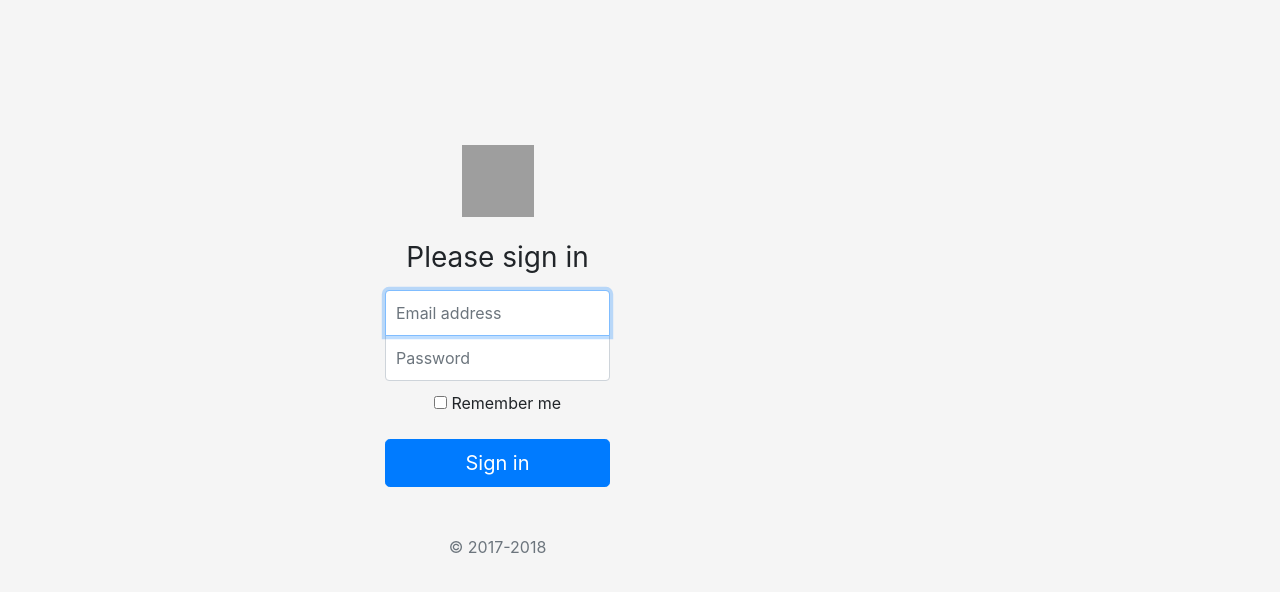
Repository: DonWhelan/Request-Hub
Page: http://localhost/test/test.php
The author's editor kept a record of every edit. The page is drawn from the files as they stood at one moment, then again after the next edit.
The browser window is 1280 px wide. The pictures show the whole page.
Pictures or frames that could not be fetched are drawn as grey boxes. The page is run by PHP 8.4 with error messages shown; the project is at /var/www/html/.

Above is the page before.

### test/test.php

<!doctype html>
<html lang="en">
  <head>
    <meta charset="utf-8">
    <meta name="viewport" content="width=device-width, initial-scale=1, shrink-to-fit=no">
    <meta name="description" content="">
    <meta name="author" content="">


    <title>Signin Template for Bootstrap</title>

    <!-- Bootstrap core CSS -->
    <link href="../style/bootstrap-4.0.0-dist/css/bootstrap.min.css" rel="stylesheet">

    <!-- Custom styles for this template -->
    <link href="signin.css" rel="stylesheet">
  </head>

  <body class="text-center">

        <div class="container">
            <div class="row" >
                <div class="col-sm-3" >
                        </div>
              <div class="col-sm-3" >
                                              <form class="form-signin">
                                              <img class="mb-4" src="https://getbootstrap.com/assets/brand/bootstrap-solid.svg" alt="" width="72" height="72">
                                              <h1 class="h3 mb-3 font-weight-normal">Please sign in</h1>
                                              <label for="inputEmail" class="sr-only">Email address</label>
                                              <input type="email" id="inputEmail" class="form-control" placeholder="Email address" required autofocus>
                                              <label for="inputPassword" class="sr-only">Password</label>
                                              <input type="password" id="inputPassword" class="form-control" placeholder="Password" required>
                                              <div class="checkbox mb-3">
                                                <label>
                                                  <input type="checkbox" value="remember-me"> Remember me
                                                </label>
                                              </div>
                                              <button class="btn btn-lg btn-primary btn-block" type="submit">Sign in</button>
                                              <p class="mt-5 mb-3 text-muted">&copy; 2017-2018</p>
                                            </form>


    </div>
    </div>
    </div>


  </body>
</html>

### assets/css/signIn.css
html,
body {
  height: 100%;
}

body {
  display: -ms-flexbox;
  display: -webkit-box;
  display: flex;
  -ms-flex-align: center;
  -ms-flex-pack: center;
  -webkit-box-align: center;
  align-items: center;
  -webkit-box-pack: center;
  justify-content: center;
  padding-top: 40px;
  padding-bottom: 40px;
  background-color: #f5f5f5;
}

.form-signin {
  width: 100%;
  max-width: 330px;
  padding: 15px;
  margin: 0 auto;
}
.form-signin .checkbox {
  font-weight: 400;
}
.form-signin .form-control {
  position: relative;
  box-sizing: border-box;
  height: auto;
  padding: 10px;
  font-size: 16px;
}
.form-signin .form-control:focus {
  z-index: 2;
}
.form-signin input[type="email"] {
  margin-bottom: -1px;
  border-bottom-right-radius: 0;
  border-bottom-left-radius: 0;
}
.form-signin input[type="password"] {
  margin-bottom: 10px;
  border-top-left-radius: 0;
  border-top-right-radius: 0;
}

Loaded but not shown: style/bootstrap-4.0.0-dist/css/bootstrap.min.css (library)

After the next edit:
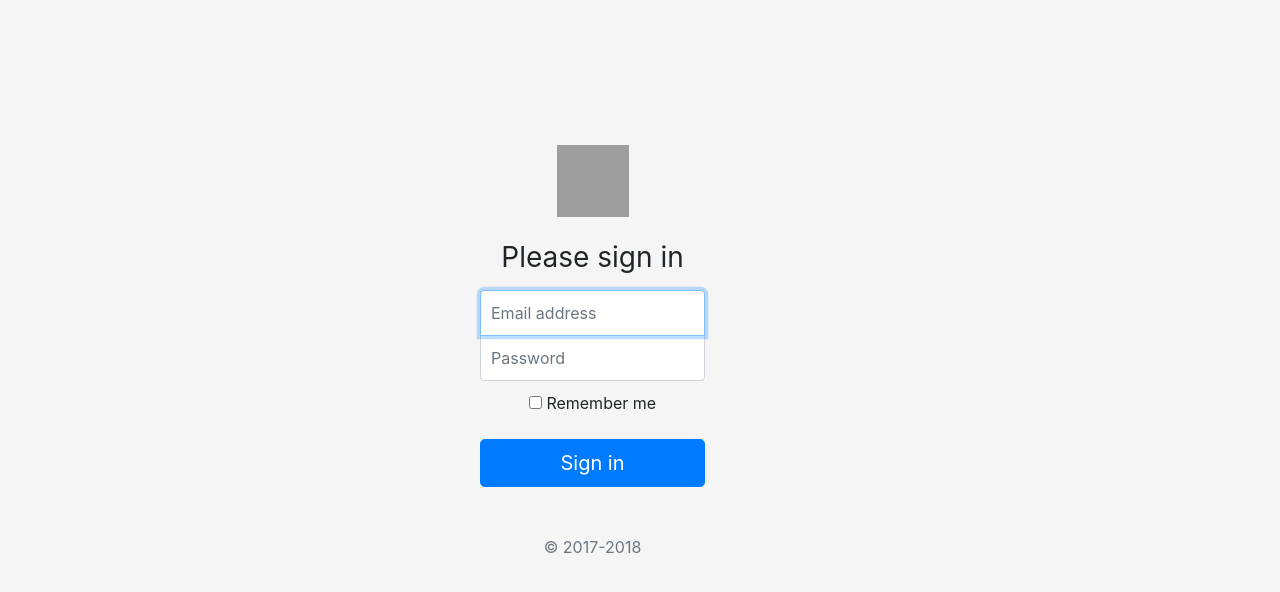
The edit:
--- a/test/test.php
+++ b/test/test.php
@@ -21,7 +21,7 @@
 
         <div class="container">
             <div class="row" >
-                <div class="col-sm-3" >
+                <div class="col-sm-4" >
                         </div>
               <div class="col-sm-3" >
                                               <form class="form-signin">
